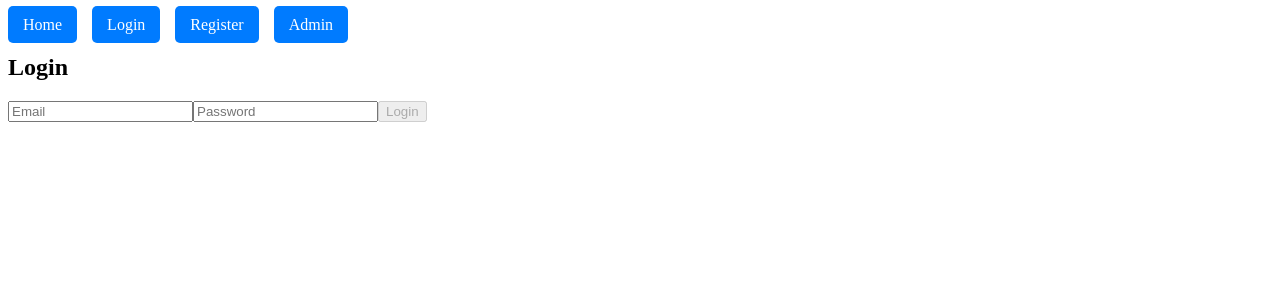
Repository: AhmedIbu/angular-login-app
Page: /login (app in angular-login-app/)
The author's editor kept a copy of each file at every save. The page is drawn from the files as they stood at one save, then again after the next save.
The browser window is 1280 px wide. The pictures show the whole page.
The project was rebuilt for these pictures with package versions that can differ from the ones it lists, and the page was loaded fresh each time. Also part of the build but not shown: angular-login-app/angular.json, angular-login-app/src/app/home/home.component.ts, angular-login-app/src/app/register/register.component.ts, angular-login-app/src/app/services/user.service.ts, angular-login-app/src/app/admin-dashboard/admin-dashboard.component.ts, angular-login-app/src/app/admin-login/admin-login.component.ts.

Above is the page before, as saved 2025-02-20 00:02:52.

### angular-login-app/src/index.html
<!doctype html>
<html lang="en">
<head>
  <meta charset="utf-8">
  <title>AngularLoginApp</title>
  <base href="/">
  <meta name="viewport" content="width=device-width, initial-scale=1">
  <link rel="icon" type="image/x-icon" href="favicon.ico">
</head>
<body>
  <app-root></app-root>
</body>
</html>

### angular-login-app/src/main.ts
import { bootstrapApplication } from '@angular/platform-browser';
import { appConfig } from './app/app.config';
import { AppComponent } from './app/app.component';
import { provideHttpClient } from '@angular/common/http';

bootstrapApplication(AppComponent, {
  ...appConfig, // ✅ Spread existing config
  providers: [
    ...appConfig.providers, // ✅ Keep existing providers
    provideHttpClient() // ✅ Ensure HTTP client is provided
  ]
}).catch(err => console.error(err));

### angular-login-app/src/app/app.config.ts
import { ApplicationConfig } from '@angular/core';
import { provideRouter, Routes } from '@angular/router';
import { provideHttpClient, withInterceptors } from '@angular/common/http';

// Import standalone components
import { HomeComponent } from './home/home.component';
import { LoginComponent } from './login/login.component';
import { RegisterComponent } from './register/register.component';
import { AdminDashboardComponent } from './admin-dashboard/admin-dashboard.component';
import { AdminLoginComponent } from './admin-login/admin-login.component';

// Define routes
const routes: Routes = [
  { path: '', component: HomeComponent },
  { path: 'login', component: LoginComponent },
  { path: 'register', component: RegisterComponent },
  { path: 'admin-login', component: AdminLoginComponent },
  { path: 'admin-dashboard', component: AdminDashboardComponent }
];

export const appConfig: ApplicationConfig = {
  providers: [
    provideRouter(routes),
    provideHttpClient()
  ]
};

### angular-login-app/src/app/app.component.ts
import { Component } from '@angular/core';
import { RouterModule } from '@angular/router';

@Component({
  selector: 'app-root',
  standalone: true,
  imports: [RouterModule],
  templateUrl: './app.component.html',
  styleUrls: ['./app.component.css']
})
export class AppComponent { }

### angular-login-app/src/app/login/login.component.ts
import { Component, OnInit } from '@angular/core';
import { Router } from '@angular/router';
import { AuthService } from '../services/auth.service';
import { CommonModule } from '@angular/common';
import { FormGroup, FormBuilder, ReactiveFormsModule, Validators } from '@angular/forms';

@Component({
  selector: 'app-login',
  standalone: true,
  templateUrl: './login.component.html',
  styleUrls: ['./login.component.css'],
  imports: [CommonModule, ReactiveFormsModule]
})
export class LoginComponent implements OnInit {

  loginForm!: FormGroup;
  errorMessage = '';

  constructor(
    private fb: FormBuilder,
    private authService: AuthService,
    private router: Router
  ) {}

  ngOnInit() {
    // ✅ Initialize the login form with validation
    this.loginForm = this.fb.group({
      email: ['', [Validators.required, Validators.email]],  // Email validation
      password: ['', [Validators.required, Validators.minLength(6)]]  // Password min length: 6
    });
  }

  onLogin() {
    if (this.loginForm.invalid) {
      this.errorMessage = 'Please enter valid email and password.';
      return;
    }

    this.authService.login(this.loginForm.value).subscribe((response) => {
      if (response.success) {
        if (response.isAdmin) {
          this.router.navigate(['/admin-dashboard']); // ✅ Admin Redirect
        } else {
          this.router.navigate(['/dashboard']); // ✅ User Redirect
        }
      } else {
        this.errorMessage = 'Invalid credentials. Please try again.';
      }
    });
  }
}

### angular-login-app/src/app/app.component.html
<nav>
  <ul>
    <li><a routerLink="/">Home</a></li>
    <li><a routerLink="/login">Login</a></li>
    <li><a routerLink="/register">Register</a></li>
    <li><a routerLink="/admin-login">Admin </a></li>
  </ul>
</nav>


<router-outlet></router-outlet>

### angular-login-app/src/app/app.component.css
nav ul {
    list-style: none;
    padding: 0;
    display: flex;
    gap: 15px;
  }

  nav ul li {
    display: inline;
  }

  nav ul li a {
    text-decoration: none;
    padding: 10px 15px;
    background-color: #007bff;
    color: white;
    border-radius: 5px;
  }

  nav ul li a:hover {
    background-color: #0056b3;
  }

  .active {
    font-weight: bold;
    text-decoration: underline;
  }

### angular-login-app/src/app/login/login.component.html
<h2>Login</h2>
<form [formGroup]="loginForm" (ngSubmit)="onLogin()">
  <input type="email" formControlName="email" placeholder="Email" required />
  <input type="password" formControlName="password" placeholder="Password" required />
  <button type="submit" [disabled]="loginForm.invalid">Login</button>
</form>

<p *ngIf="errorMessage" style="color: red;">{{ errorMessage }}</p>

### angular-login-app/src/app/services/auth.service.ts
import { Injectable } from '@angular/core';
import { HttpClient, HttpHeaders } from '@angular/common/http';
import { Observable, BehaviorSubject ,of} from 'rxjs';
import { map, catchError} from 'rxjs/operators';

@Injectable({
  providedIn: 'root'
})
export class AuthService {
  private apiUrl = 'http://127.0.0.1:5000';
  private adminEmail = 'ibrahim.offl24@gmail.com';
  private adminPassword = 'root123';

  private isAuthenticated = new BehaviorSubject<boolean>(this.hasToken());

  constructor(private http: HttpClient) {}

  // ✅ Regular User Login
  login(credentials: { email: string; password: string }): Observable<{ success: boolean; token?: string; isAdmin?: boolean }> {
    const headers = new HttpHeaders({ 'Content-Type': 'application/json' });

    return this.http.post<{ token: string }>(`${this.apiUrl}/login`, credentials, { headers }).pipe(
      map((response) => {
        console.log('✅ Login Response:', response); // Debugging API response
        if (response.token) {
          this.saveToken(response.token);

          // ✅ Check if admin is logging in
          const isAdmin = credentials.email === this.adminEmail && credentials.password === this.adminPassword;
          localStorage.setItem('isAdmin', JSON.stringify(isAdmin));

          return { success: true, token: response.token, isAdmin };
        } else {
          return { success: false };
        }
      }),
      catchError((error) => {
        console.error('❌ Login Error:', error);
        return of({ success: false });
      })
    );
  }


  // ✅ Admin Login (Manual Check)
  adminLogin(email: string, password: string): Observable<{ success: boolean }> {
    return new Observable((observer) => {
      if (email === this.adminEmail && password === this.adminPassword) {
        localStorage.setItem('admin', 'true');
        observer.next({ success: true });
      } else {
        observer.next({ success: false });
      }
      observer.complete();
    });
  }

  // ✅ Save Token
  saveToken(token: string) {
    localStorage.setItem('token', token);
    this.isAuthenticated.next(true);
  }

  // ✅ Retrieve Token
  getToken(): string | null {
    return localStorage.getItem('token');
  }

  // ✅ Check if Token Exists (🔹 **Fix: Missing Method Added!**)
  hasToken(): boolean {
    return !!localStorage.getItem('token');
  }

  // ✅ Check if Admin is Logged In
  isAdmin(): boolean {
    return localStorage.getItem('admin') === 'true' && this.hasToken();
  }

  register(userData: any) {
    return this.http.post('http://127.0.0.1:5000/register', userData).subscribe(
      (response) => {
        console.log('Registration successful', response);
        alert('Registration successful! You can now log in.');
      },
      (error) => {
        console.error('Registration failed', error);
        alert('Registration failed. Try again.');
      }
    );
  }

  // ✅ Logout & Clear Everything
  logout() {
    localStorage.removeItem('token');
    localStorage.removeItem('admin');
    this.isAuthenticated.next(false);
    window.location.reload(); // 🔹 Force refresh to clear session issues
  }

  // ✅ Observe Auth Status (for Guards)
  isAuthenticated$(): Observable<boolean> {
    return this.isAuthenticated.asObservable();
  }
}

Loaded but not shown: angular-login-app/src/styles.css (common file); angular-login-app/src/app/login/login.component.css (no copy from this time; the picture is the same without it)

After the next save:
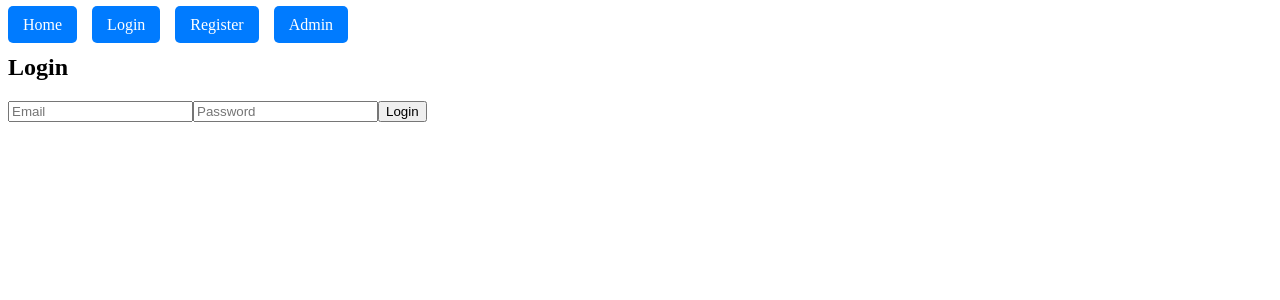
Saved 9 h 0 min later.
--- a/angular-login-app/src/app/login/login.component.html
+++ b/angular-login-app/src/app/login/login.component.html
@@ -2,7 +2,7 @@
 <form [formGroup]="loginForm" (ngSubmit)="onLogin()">
   <input type="email" formControlName="email" placeholder="Email" required />
   <input type="password" formControlName="password" placeholder="Password" required />
-  <button type="submit" [disabled]="loginForm.invalid">Login</button>
+  <button type="submit" >Login</button>
 </form>
 
 <p *ngIf="errorMessage" style="color: red;">{{ errorMessage }}</p>
